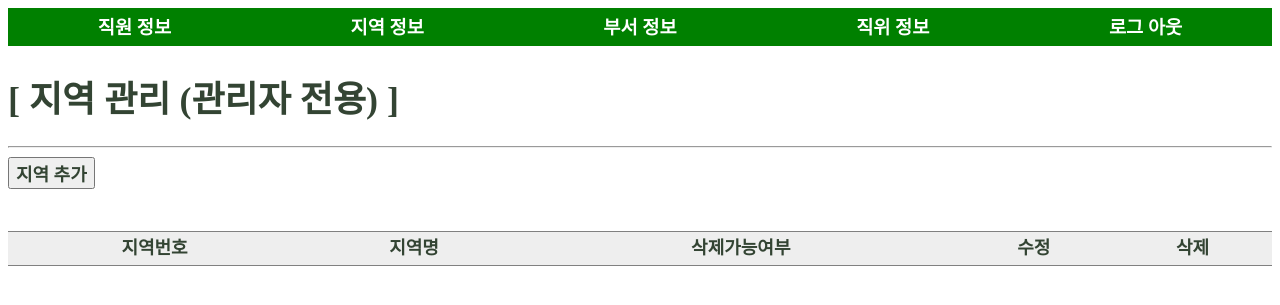
Repository: youngsik0405/SpringMVC
Page: http://localhost/mvc04/WEB-INF/view/RegList.jsp
An editor plug-in stored every save of this project. The page is shown before and after the next save, followed by the edit.
The browser window is 1280 px wide. The pictures show the whole page.
The page is served by Tomcat 9. Nobody is signed in. The template is opened directly, without the code that normally fills it, so the values that code supplies are empty.

Above is the page before, as saved 2025-02-26 07:43:44.

After the next save:
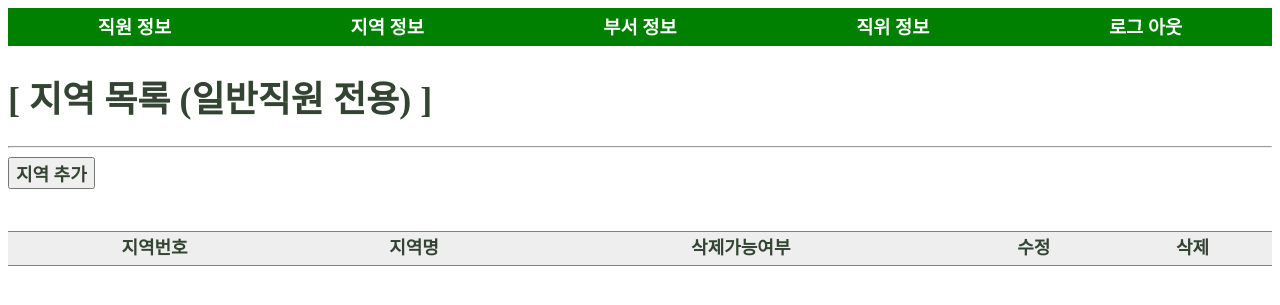
Saved 19 s later.
--- a/mvc04/WebContent/WEB-INF/view/RegList.jsp
+++ b/mvc04/WebContent/WEB-INF/view/RegList.jsp
@@ -26,7 +26,7 @@
 
 	<!-- 콘텐츠 영역 -->
 	<div id="content">
-		<h1>[ 지역 관리 (관리자 전용) ]</h1>
+		<h1>[ 지역 목록 (일반직원 전용) ]</h1>
 		<hr>
 
 		<div>
